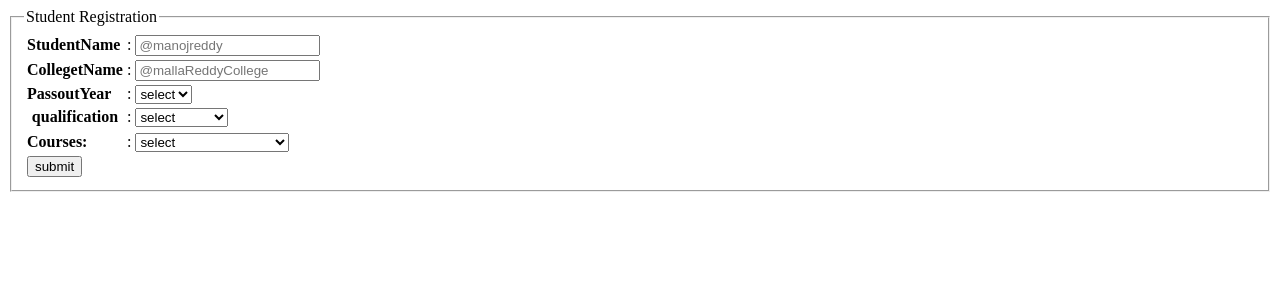
Repository: JanapatlaManojReddy/java
Page: http://localhost/institutionProject/StudentRegistration.jsp
These files come from the project's save history. The page is drawn as it stood at one moment and after the next save; the edit follows.
The browser window is 1280 px wide. The pictures show the whole page.
The page is served by Tomcat 9. Other server files are loaded and not shown.

Above is the page before, as saved 2023-08-20 11:23:57.

### institutionProject/src/main/webapp/StudentRegistration.jsp
<%@ page language="java" contentType="text/html; charset=ISO-8859-1"
    pageEncoding="ISO-8859-1"%>
<!DOCTYPE html>
<html>
<head>
<meta charset="ISO-8859-1">
<title>Insert title here</title>
</head>
<body>
<form action="StudentServlet" method="post">
<fieldSet >
<legend>Student Registration</legend>
<div>
<table>

<tr>
<th align="left">
<lable for="studentname">StudentName</lable>
</th>

<td>:
<input type="text" name="studentName" placeholder="@manojreddy" required autocomplete="off">
</td>
</tr>

<tr>

<th align="left">
<lable for="cname" align="left">CollegetName</lable></th>
<td>:
<input type="text" name="collegeName" placeholder="@mallaReddyCollege" required>
</td>

</tr>
<th align="left">
<lable for="passoutYear">PassoutYear</lable>
</th>
<td>:
<select id="passoutYear" name="passoutYear">
<option value="select" selected>select</option>
<option value="2018">2018</option>
<option value="2019">2019</option>
<option value="2020">2020</option>
<option value="2021">2021</option>
<option value="2022">2022</option>
<option value="2023">2023</option>


</select>
</td>
</tr>

<tr>
<th>
<lable for="qualification" >qualification</lable>
</th>
<td>:
<select id ="qualification" name="qualification" >
<option value="select" selected>select</option>
<optgroup lable="Btech">
<option value ="EEE">EEE</option>
<option value ="ECE">ECE</option>
<option value ="CSE">CSE</option>
<option value ="CIVIL">CIVIL</option>
<option value ="MECH">MECH</option>
<option value ="OTHERS">OTHERS</option></optgroup>
<optgroup lable="degree">
<option value ="BSC">BSC</option>
<option value ="MPCS">MPCS</option>
<option value ="BCOM">BCOM</option>
<option value ="BA">BA</option>
<option value ="CS">CS</option>
<option value ="OTHERS">OTHERS</option>
</optgroup>
</select>
</td>
</tr>

<tr>

<tr>
<th align="left">
<lable for="courses">Courses:</lable></th>
<td>:
<select id ="courses" name="courses">
<option value="select" selected>select</option>
<option value="JAVAFULLSTACK">JAVAFULLSTACK </option>
<option value="PYTHONFULLSTACK">PYTHONFULLSTACK </option>
<option value="JAVA">JAVA</option>
<option value="HTML/CSS">HTML/CSS </option>
<option value="ANGULAR/REACT">ANGULAR/REACT </option>
</select>
</td>
</tr>
<tr>
<td>
<input type="submit" value="submit">
</td>
</tr>

</table>
</div>

</fieldSet>
</form>

</body>
</body>
</html>

After the next save:
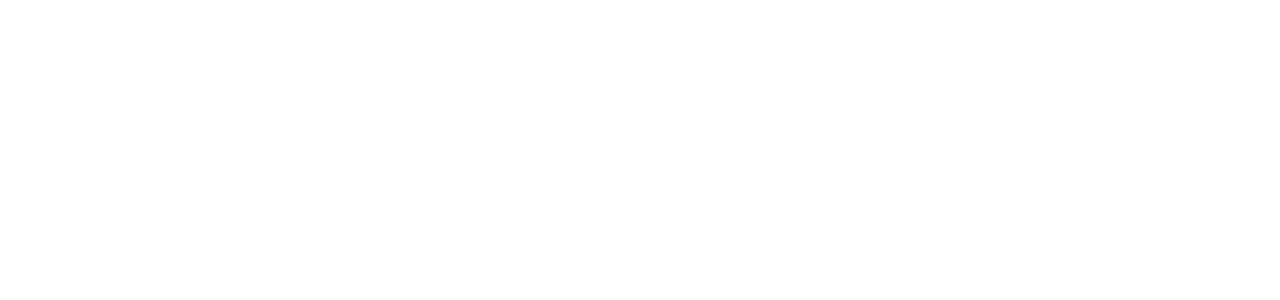
Saved 2 h 42 min later.
--- a/institutionProject/src/main/webapp/StudentRegistration.jsp
+++ b/institutionProject/src/main/webapp/StudentRegistration.jsp
@@ -5,6 +5,8 @@
 <head>
 <meta charset="ISO-8859-1">
 <title>Insert title here</title>
+<script scr="welcom.js"/>
+
 </head>
 <body>
 <form action="StudentServlet" method="post">

After the save that followed:
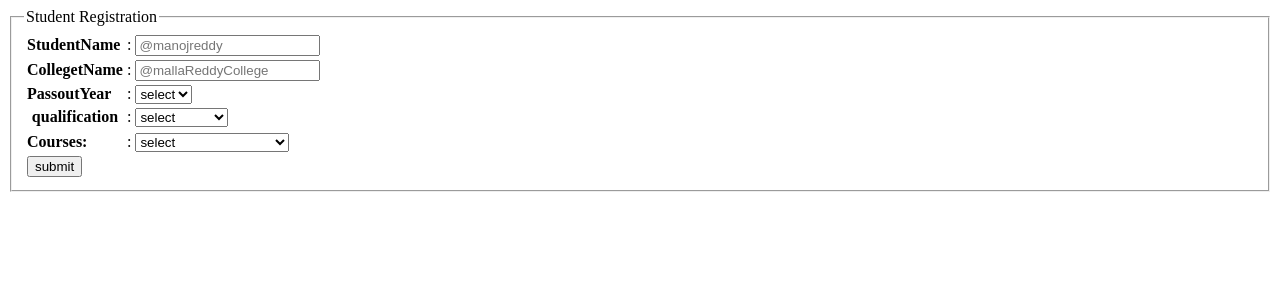
Saved 6 s later.
--- a/institutionProject/src/main/webapp/StudentRegistration.jsp
+++ b/institutionProject/src/main/webapp/StudentRegistration.jsp
@@ -5,7 +5,7 @@
 <head>
 <meta charset="ISO-8859-1">
 <title>Insert title here</title>
-<script scr="welcom.js"/>
+
 
 </head>
 <body>
